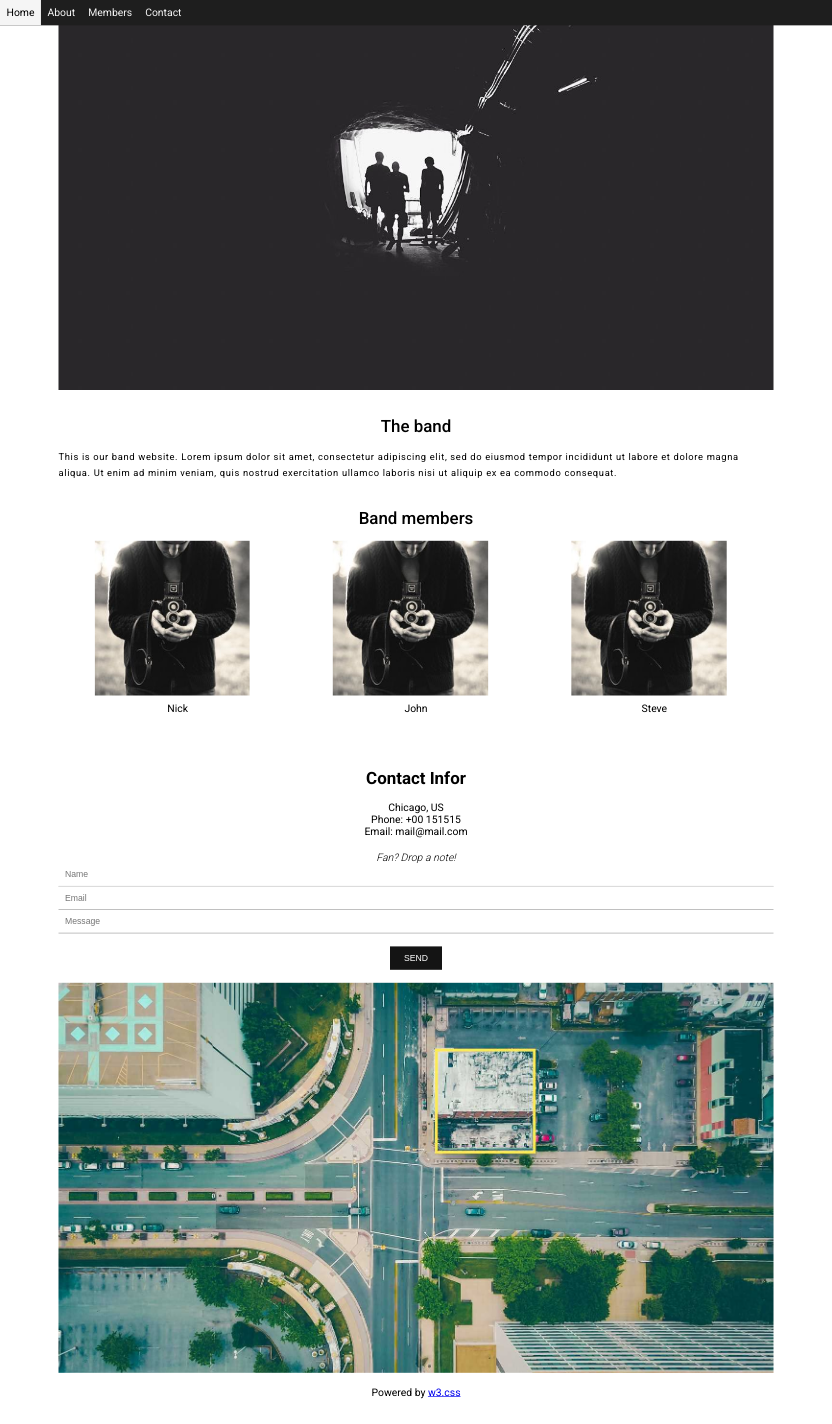
Repository: hieu-22/w3_band_UI
Page: index.html
The author's editor kept a copy of each file at every save. The page is drawn from the files as they stood at one save, then again after the next save.
The browser window is 1280 px wide. The pictures show the whole page, at 65% of full size.

Above is the page before, as saved 2022-12-30 10:45:38.

After the next save:
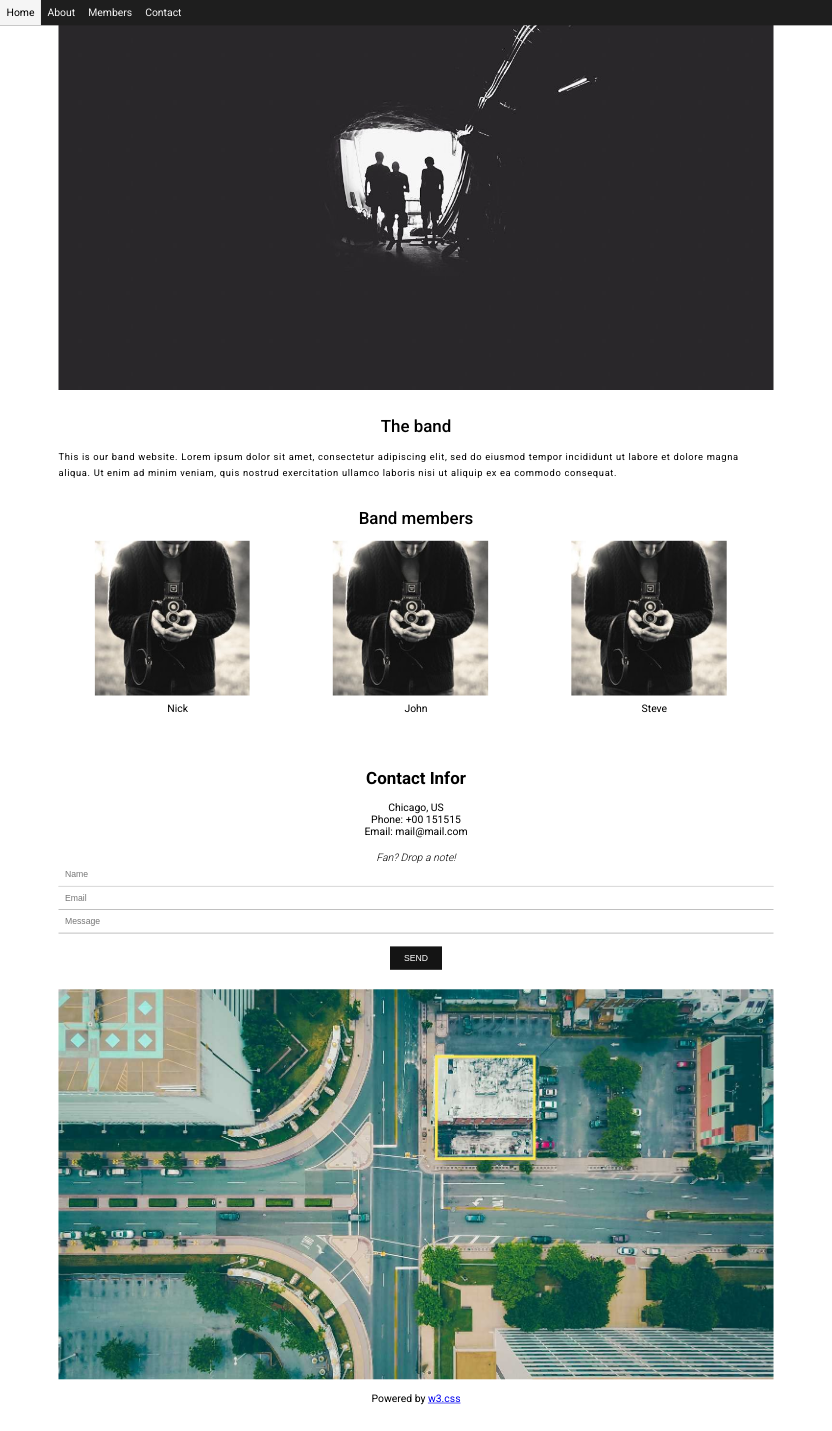
Saved 26 s later.
--- a/assets/css/style.css
+++ b/assets/css/style.css
@@ -157,7 +157,7 @@ button:hover {
 .contact-infor__banner {
     height: 600px;
     width: auto;
-    margin-top: 40px;
+    margin-top: 50px;
     background-image: url(../img/map.jpg);
     background-size: cover;
 }
